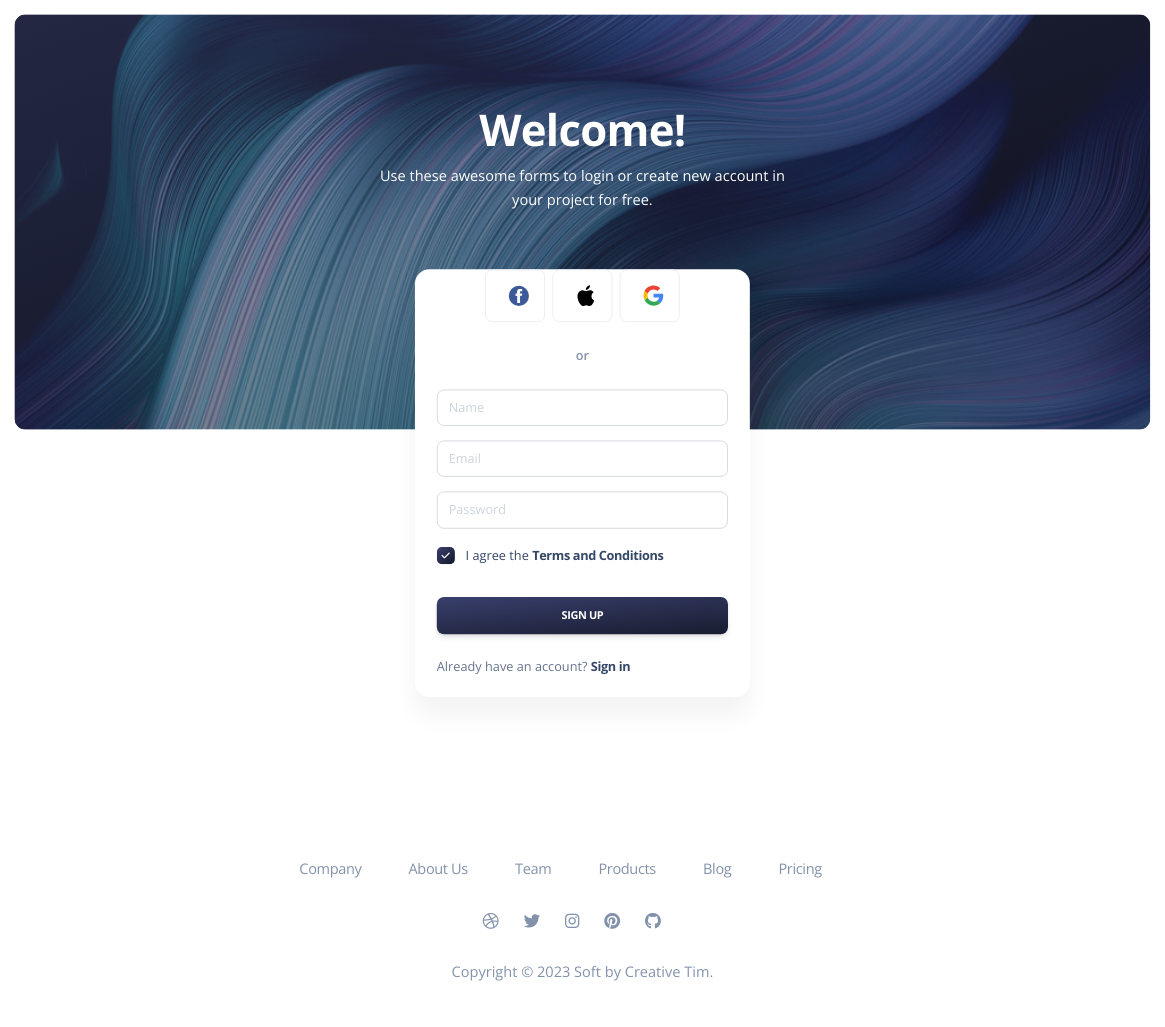
Repository: jigar-64/BlogOasis
Page: http://localhost/blogoasis/admin/pages/sign-up.php
These files come from the project's save history. The page is drawn as it stood at one moment and after the next save; the edit follows.
The browser window is 1280 px wide. The pictures show the whole page, at 91% of full size.
Some web libraries are served in a nearby version. The page is run by PHP 8.4 with error messages shown; the project is at /var/www/html/.

Above is the page before, as saved 2023-08-13 02:01:42.

### BlogOasis API/admin/pages/sign-up.php

<!DOCTYPE html>
<html lang="en">
  <head>
    <meta charset="UTF-8" />
    <meta http-equiv="X-UA-Compatible" content="IE=edge" />
    <meta name="viewport" content="width=device-width, initial-scale=1.0" />
    <link rel="apple-touch-icon" sizes="76x76" href="../assets/img/apple-icon.png" />
    <link rel="icon" type="image/png" href="../assets/img/favicon.png" />
    <title>Soft UI Dashboard Tailwind</title>
    <!-- Fonts and icons -->
    <link href="https://fonts.googleapis.com/css?family=Open+Sans:300,400,600,700" rel="stylesheet" />
    <!-- Font Awesome Icons -->
    <script src="https://kit.fontawesome.com/42d5adcbca.js" crossorigin="anonymous"></script>
    <!-- Nucleo Icons -->
    <link href="../assets/css/nucleo-icons.css" rel="stylesheet" />
    <link href="../assets/css/nucleo-svg.css" rel="stylesheet" />
    <!-- Main Styling -->
    <link href="../assets/css/soft-ui-dashboard-tailwind.css?v=1.0.5" rel="stylesheet" />

    <!-- Nepcha Analytics (nepcha.com) -->
    <!-- Nepcha is a easy-to-use web analytics. No cookies and fully compliant with GDPR, CCPA and PECR. -->
    <script defer data-site="YOUR_DOMAIN_HERE" src="https://api.nepcha.com/js/nepcha-analytics.js"></script>
  </head>

  <body class="m-0 font-sans antialiased font-normal bg-white text-start text-base leading-default text-slate-500">



    <main class="mt-0 transition-all duration-200 ease-soft-in-out">
      <section class="min-h-screen mb-32">
        <div class="relative flex items-start pt-12 pb-56 m-4 overflow-hidden bg-center bg-cover min-h-50-screen rounded-xl" style="background-image: url('../assets/img/curved-images/curved14.jpg')">
          <span class="absolute top-0 left-0 w-full h-full bg-center bg-cover bg-gradient-to-tl from-gray-900 to-slate-800 opacity-60"></span>
          <div class="container z-10">
            <div class="flex flex-wrap justify-center -mx-3">
              <div class="w-full max-w-full px-3 mx-auto mt-0 text-center lg:flex-0 shrink-0 lg:w-5/12">
                <h1 class="mt-12 mb-2 text-white">Welcome!</h1>
                <p class="text-white">Use these awesome forms to login or create new account in your project for free.</p>
              </div>
            </div>
          </div>
        </div>
        <div class="container">
          <div class="flex flex-wrap -mx-3 -mt-48 md:-mt-56 lg:-mt-48">
            <div class="w-full max-w-full px-3 mx-auto mt-0 md:flex-0 shrink-0 md:w-7/12 lg:w-5/12 xl:w-4/12">
              <div class="relative z-0 flex flex-col min-w-0 break-words bg-white border-0 shadow-soft-xl rounded-2xl bg-clip-border">
                <!-- <div class="p-6 mb-0 text-center bg-white border-b-0 rounded-t-2xl">
                  <h5>Register with</h5>
                </div> -->
                <div class="flex flex-wrap px-3 -mx-3 sm:px-6 xl:px-12">
                  <div class="w-3/12 max-w-full px-1 ml-auto flex-0">
                    <a class="inline-block w-full px-6 py-3 mb-4 font-bold text-center text-gray-200 uppercase align-middle transition-all bg-transparent border border-gray-200 border-solid rounded-lg shadow-none cursor-pointer hover:scale-102 leading-pro text-xs ease-soft-in tracking-tight-soft bg-150 bg-x-25 hover:bg-transparent hover:opacity-75" href="javascript:;">
                      <svg width="24px" height="32px" viewBox="0 0 64 64" version="1.1" xmlns="http://www.w3.org/2000/svg" xmlns:xlink="http://www.w3.org/1999/xlink32">
                        <g stroke="none" stroke-width="1" fill="none" fill-rule="evenodd">
                          <g transform="translate(3.000000, 3.000000)" fill-rule="nonzero">
                            <circle fill="#3C5A9A" cx="29.5091719" cy="29.4927506" r="29.4882047"></circle>
                            <path d="M39.0974944,9.05587273 L32.5651312,9.05587273 C28.6886088,9.05587273 24.3768224,10.6862851 24.3768224,16.3054653 C24.395747,18.2634019 24.3768224,20.1385313 24.3768224,22.2488655 L19.8922122,22.2488655 L19.8922122,29.3852113 L24.5156022,29.3852113 L24.5156022,49.9295284 L33.0113092,49.9295284 L33.0113092,29.2496356 L38.6187742,29.2496356 L39.1261316,22.2288395 L32.8649196,22.2288395 C32.8649196,22.2288395 32.8789377,19.1056932 32.8649196,18.1987181 C32.8649196,15.9781412 35.1755132,16.1053059 35.3144932,16.1053059 C36.4140178,16.1053059 38.5518876,16.1085101 39.1006986,16.1053059 L39.1006986,9.05587273 L39.0974944,9.05587273 L39.0974944,9.05587273 Z" fill="#FFFFFF"></path>
                          </g>
                        </g>
                      </svg>
                    </a>
                  </div>
                  <div class="w-3/12 max-w-full px-1 flex-0">
                    <a class="inline-block w-full px-6 py-3 mb-4 font-bold text-center text-gray-200 uppercase align-middle transition-all bg-transparent border border-gray-200 border-solid rounded-lg shadow-none cursor-pointer hover:scale-102 leading-pro text-xs ease-soft-in tracking-tight-soft bg-150 bg-x-25 hover:bg-transparent hover:opacity-75" href="javascript:;">
                      <svg width="24px" height="32px" viewBox="0 0 64 64" version="1.1" xmlns="http://www.w3.org/2000/svg" xmlns:xlink="http://www.w3.org/1999/xlink">
                        <g stroke="none" stroke-width="1" fill="none" fill-rule="evenodd">
                          <g transform="translate(7.000000, 0.564551)" fill="#000000" fill-rule="nonzero">
                            <path
                              d="M40.9233048,32.8428307 C41.0078713,42.0741676 48.9124247,45.146088 49,45.1851909 C48.9331634,45.4017274 47.7369821,49.5628653 44.835501,53.8610269 C42.3271952,57.5771105 39.7241148,61.2793611 35.6233362,61.356042 C31.5939073,61.431307 30.2982233,58.9340578 25.6914424,58.9340578 C21.0860585,58.9340578 19.6464932,61.27947 15.8321878,61.4314159 C11.8738936,61.5833617 8.85958554,57.4131833 6.33064852,53.7107148 C1.16284874,46.1373849 -2.78641926,32.3103122 2.51645059,22.9768066 C5.15080028,18.3417501 9.85858819,15.4066355 14.9684701,15.3313705 C18.8554146,15.2562145 22.5241194,17.9820905 24.9003639,17.9820905 C27.275104,17.9820905 31.733383,14.7039812 36.4203248,15.1854154 C38.3824403,15.2681959 43.8902255,15.9888223 47.4267616,21.2362369 C47.1417927,21.4153043 40.8549638,25.1251794 40.9233048,32.8428307 M33.3504628,10.1750144 C35.4519466,7.59650964 36.8663676,4.00699306 36.4804992,0.435448578 C33.4513624,0.558856931 29.7884601,2.48154382 27.6157341,5.05863265 C25.6685547,7.34076135 23.9632549,10.9934525 24.4233742,14.4943068 C27.7996959,14.7590956 31.2488715,12.7551531 33.3504628,10.1750144"
                            ></path>
                          </g>
                        </g>
                      </svg>
                    </a>
                  </div>
                  <div class="w-3/12 max-w-full px-1 mr-auto flex-0">
                    <a class="inline-block w-full px-6 py-3 mb-4 font-bold text-center text-gray-200 uppercase align-middle transition-all bg-transparent border border-gray-200 border-solid rounded-lg shadow-none cursor-pointer hover:scale-102 leading-pro text-xs ease-soft-in tracking-tight-soft bg-150 bg-x-25 hover:bg-transparent hover:opacity-75" href="javascript:;">
                      <svg width="24px" height="32px" viewBox="0 0 64 64" version="1.1" xmlns="http://www.w3.org/2000/svg" xmlns:xlink="http://www.w3.org/1999/xlink">
                        <g stroke="none" stroke-width="1" fill="none" fill-rule="evenodd">
                          <g transform="translate(3.000000, 2.000000)" fill-rule="nonzero">
                            <path d="M57.8123233,30.1515267 C57.8123233,27.7263183 57.6155321,25.9565533 57.1896408,24.1212666 L29.4960833,24.1212666 L29.4960833,35.0674653 L45.7515771,35.0674653 C45.4239683,37.7877475 43.6542033,41.8844383 39.7213169,44.6372555 L39.6661883,45.0037254 L48.4223791,51.7870338 L49.0290201,51.8475849 C54.6004021,46.7020943 57.8123233,39.1313952 57.8123233,30.1515267" fill="#4285F4"></path>
                            <path d="M29.4960833,58.9921667 C37.4599129,58.9921667 44.1456164,56.3701671 49.0290201,51.8475849 L39.7213169,44.6372555 C37.2305867,46.3742596 33.887622,47.5868638 29.4960833,47.5868638 C21.6960582,47.5868638 15.0758763,42.4415991 12.7159637,35.3297782 L12.3700541,35.3591501 L3.26524241,42.4054492 L3.14617358,42.736447 C7.9965904,52.3717589 17.959737,58.9921667 29.4960833,58.9921667" fill="#34A853"></path>
                            <path d="M12.7159637,35.3297782 C12.0932812,33.4944915 11.7329116,31.5279353 11.7329116,29.4960833 C11.7329116,27.4640054 12.0932812,25.4976752 12.6832029,23.6623884 L12.6667095,23.2715173 L3.44779955,16.1120237 L3.14617358,16.2554937 C1.14708246,20.2539019 0,24.7439491 0,29.4960833 C0,34.2482175 1.14708246,38.7380388 3.14617358,42.736447 L12.7159637,35.3297782" fill="#FBBC05"></path>
                            <path d="M29.4960833,11.4050769 C35.0347044,11.4050769 38.7707997,13.7975244 40.9011602,15.7968415 L49.2255853,7.66898166 C44.1130815,2.91684746 37.4599129,0 29.4960833,0 C17.959737,0 7.9965904,6.62018183 3.14617358,16.2554937 L12.6832029,23.6623884 C15.0758763,16.5505675 21.6960582,11.4050769 29.4960833,11.4050769" fill="#EB4335"></path>
                          </g>
                        </g>
                      </svg>
                    </a>
                  </div>
                  <div class="relative w-full max-w-full px-3 mt-2 text-center shrink-0">
                    <p class="z-20 inline px-4 mb-2 font-semibold leading-normal bg-white text-sm text-slate-400">or</p>
                  </div>
                </div>
                <div class="flex-auto p-6">
                  <form role="form text-left">
                    <div class="mb-4">
                      <input type="text" class="text-sm focus:shadow-soft-primary-outline leading-5.6 ease-soft block w-full appearance-none rounded-lg border border-solid border-gray-300 bg-white bg-clip-padding py-2 px-3 font-normal text-gray-700 transition-all focus:border-fuchsia-300 focus:bg-white focus:text-gray-700 focus:outline-none focus:transition-shadow" placeholder="Name" aria-label="Name" aria-describedby="email-addon" />
                    </div>
                    <div class="mb-4">
                      <input type="email" class="text-sm focus:shadow-soft-primary-outline leading-5.6 ease-soft block w-full appearance-none rounded-lg border border-solid border-gray-300 bg-white bg-clip-padding py-2 px-3 font-normal text-gray-700 transition-all focus:border-fuchsia-300 focus:bg-white focus:text-gray-700 focus:outline-none focus:transition-shadow" placeholder="Email" aria-label="Email" aria-describedby="email-addon" />
                    </div>
                    <div class="mb-4">
                      <input type="password" class="text-sm focus:shadow-soft-primary-outline leading-5.6 ease-soft block w-full appearance-none rounded-lg border border-solid border-gray-300 bg-white bg-clip-padding py-2 px-3 font-normal text-gray-700 transition-all focus:border-fuchsia-300 focus:bg-white focus:text-gray-700 focus:outline-none focus:transition-shadow" placeholder="Password" aria-label="Password" aria-describedby="password-addon" />
                    </div>
                    <div class="min-h-6 pl-6.92 mb-0.5 block">
                      <input id="terms" class="w-4.92 h-4.92 ease-soft -ml-6.92 rounded-1.4 checked:bg-gradient-to-tl checked:from-gray-900 checked:to-slate-800 after:text-xxs after:font-awesome after:duration-250 after:ease-soft-in-out duration-250 relative float-left mt-1 cursor-pointer appearance-none border border-solid border-slate-200 bg-white bg-contain bg-center bg-no-repeat align-top transition-all after:absolute after:flex after:h-full after:w-full after:items-center after:justify-center after:text-white after:opacity-0 after:transition-all after:content-['\f00c'] checked:border-0 checked:border-transparent checked:bg-transparent checked:after:opacity-100" type="checkbox" value="" checked />
                      <label class="mb-2 ml-1 font-normal cursor-pointer select-none text-sm text-slate-700" for="terms"> I agree the <a href="javascript:;" class="font-bold text-slate-700">Terms and Conditions</a> </label>
                    </div>
                    <div class="text-center">
                      <button type="button" class="inline-block w-full px-6 py-3 mt-6 mb-2 font-bold text-center text-white uppercase align-middle transition-all bg-transparent border-0 rounded-lg cursor-pointer active:opacity-85 hover:scale-102 hover:shadow-soft-xs leading-pro text-xs ease-soft-in tracking-tight-soft shadow-soft-md bg-150 bg-x-25 bg-gradient-to-tl from-gray-900 to-slate-800 hover:border-slate-700 hover:bg-slate-700 hover:text-white">Sign up</button>
                    </div>
                    <p class="mt-4 mb-0 leading-normal text-sm">Already have an account? <a href="../pages/sign-in.html" class="font-bold text-slate-700">Sign in</a></p>
                  </form>
                </div>
              </div>
            </div>
          </div>
        </div>
      </section>
      <!-- -------- START FOOTER 3 w/ COMPANY DESCRIPTION WITH LINKS & SOCIAL ICONS & COPYRIGHT ------- -->
      <footer class="py-12">
        <div class="container">
          <div class="flex flex-wrap -mx-3">
            <div class="flex-shrink-0 w-full max-w-full mx-auto mb-6 text-center lg:flex-0 lg:w-8/12">
              <a href="javascript:;" target="_blank" class="mb-2 mr-4 text-slate-400 sm:mb-0 xl:mr-12"> Company </a>
              <a href="javascript:;" target="_blank" class="mb-2 mr-4 text-slate-400 sm:mb-0 xl:mr-12"> About Us </a>
              <a href="javascript:;" target="_blank" class="mb-2 mr-4 text-slate-400 sm:mb-0 xl:mr-12"> Team </a>
              <a href="javascript:;" target="_blank" class="mb-2 mr-4 text-slate-400 sm:mb-0 xl:mr-12"> Products </a>
              <a href="javascript:;" target="_blank" class="mb-2 mr-4 text-slate-400 sm:mb-0 xl:mr-12"> Blog </a>
              <a href="javascript:;" target="_blank" class="mb-2 mr-4 text-slate-400 sm:mb-0 xl:mr-12"> Pricing </a>
            </div>
            <div class="flex-shrink-0 w-full max-w-full mx-auto mt-2 mb-6 text-center lg:flex-0 lg:w-8/12">
              <a href="javascript:;" target="_blank" class="mr-6 text-slate-400">
                <span class="text-lg fab fa-dribbble"></span>
              </a>
              <a href="javascript:;" target="_blank" class="mr-6 text-slate-400">
                <span class="text-lg fab fa-twitter"></span>
              </a>
              <a href="javascript:;" target="_blank" class="mr-6 text-slate-400">
                <span class="text-lg fab fa-instagram"></span>
              </a>
              <a href="javascript:;" target="_blank" class="mr-6 text-slate-400">
                <span class="text-lg fab fa-pinterest"></span>
              </a>
              <a href="javascript:;" target="_blank" class="mr-6 text-slate-400">
                <span class="text-lg fab fa-github"></span>
              </a>
            </div>
          </div>
          <div class="flex flex-wrap -mx-3">
            <div class="w-8/12 max-w-full px-3 mx-auto mt-1 text-center flex-0">
              <p class="mb-0 text-slate-400">
                Copyright ©
                <script>
                  document.write(new Date().getFullYear());
                </script>
                Soft by Creative Tim.
              </p>
            </div>
          </div>
        </div>
      </footer>
      <!-- -------- END FOOTER 3 w/ COMPANY DESCRIPTION WITH LINKS & SOCIAL ICONS & COPYRIGHT ------- -->
    </main>
  </body>
  <!-- plugin for scrollbar  -->
  <script src="../assets/js/plugins/perfect-scrollbar.min.js" async></script>
  <!-- main script file  -->
  <script src="../assets/js/soft-ui-dashboard-tailwind.js?v=1.0.5" async></script>
</html>

### BlogOasis API/admin/assets/css/nucleo-svg.css
/* Generated using nucleoapp.com */
/* --------------------------------

Icon colors

-------------------------------- */

.icon {
  display: inline-block;
  /* icon primary color */
  color: #111111;
  height: 1em;
  width: 1em;
}

.icon use {
  /* icon secondary color - fill */
  fill: #7ea6f6;
}

.icon.icon-outline use {
  /* icon secondary color - stroke */
  stroke: #7ea6f6;
}

/* --------------------------------

Change icon size

-------------------------------- */

.icon-xs {
  height: 0.5em;
  width: 0.5em;
}

.icon-sm {
  height: 0.8em;
  width: 0.8em;
}

.icon-lg {
  height: 1.6em;
  width: 1.6em;
}

.icon-xl {
  height: 2em;
  width: 2em;
}

/* --------------------------------

Align icon and text

-------------------------------- */

.icon-text-aligner {
  /* add this class to parent element that contains icon + text */
  display: flex;
  align-items: center;
}

.icon-text-aligner .icon {
  color: inherit;
  margin-right: 0.4em;
}

.icon-text-aligner .icon use {
  color: inherit;
  fill: currentColor;
}

.icon-text-aligner .icon.icon-outline use {
  stroke: currentColor;
}

/* --------------------------------

Icon reset values - used to enable color customizations

-------------------------------- */

.icon {
  fill: currentColor;
  stroke: none;
}

.icon.icon-outline {
  fill: none;
  stroke: currentColor;
}

.icon use {
  stroke: none;
}

.icon.icon-outline use {
  fill: none;
}

/* --------------------------------

Stroke effects - Nucleo outline icons

- 16px icons -> up to 1px stroke (16px outline icons do not support stroke changes)
- 24px, 32px icons -> up to 2px stroke
- 48px, 64px icons -> up to 4px stroke

-------------------------------- */

.icon-outline.icon-stroke-1 {
  stroke-width: 1px;
}

.icon-outline.icon-stroke-2 {
  stroke-width: 2px;
}

.icon-outline.icon-stroke-3 {
  stroke-width: 3px;
}

.icon-outline.icon-stroke-4 {
  stroke-width: 4px;
}

.icon-outline.icon-stroke-1 use,
.icon-outline.icon-stroke-3 use {
  -webkit-transform: translateX(0.5px) translateY(0.5px);
  -moz-transform: translateX(0.5px) translateY(0.5px);
  -ms-transform: translateX(0.5px) translateY(0.5px);
  -o-transform: translateX(0.5px) translateY(0.5px);
  transform: translateX(0.5px) translateY(0.5px);
}

### BlogOasis API/admin/assets/css/perfect-scrollbar.css
/*
 * Container style
 */
.ps {
  overflow: hidden !important;
  overflow-anchor: none;
  -ms-overflow-style: none;
  touch-action: auto;
  -ms-touch-action: auto;
}

/*
   * Scrollbar rail styles
   */
.ps__rail-x {
  display: none;
  opacity: 0;
  transition: background-color 0.2s linear, opacity 0.2s linear;
  -webkit-transition: background-color 0.2s linear, opacity 0.2s linear;
  height: 15px;
  /* there must be 'bottom' or 'top' for ps__rail-x */
  bottom: 0px;
  /* please don't change 'position' */
  position: absolute;
}

.ps__rail-y {
  display: none;
  opacity: 0;
  transition: background-color 0.2s linear, opacity 0.2s linear;
  -webkit-transition: background-color 0.2s linear, opacity 0.2s linear;
  width: 15px;
  /* there must be 'right' or 'left' for ps__rail-y */
  right: 0;
  /* please don't change 'position' */
  position: absolute;
}

.ps--active-x > .ps__rail-x,
.ps--active-y > .ps__rail-y {
  display: block;
  background-color: transparent;
}

.ps:hover > .ps__rail-x,
.ps:hover > .ps__rail-y,
.ps--focus > .ps__rail-x,
.ps--focus > .ps__rail-y,
.ps--scrolling-x > .ps__rail-x,
.ps--scrolling-y > .ps__rail-y {
  opacity: 0.6;
}

.ps .ps__rail-x:hover,
.ps .ps__rail-y:hover,
.ps .ps__rail-x:focus,
.ps .ps__rail-y:focus,
.ps .ps__rail-x.ps--clicking,
.ps .ps__rail-y.ps--clicking {
  background-color: #eee;
  opacity: 0.9;
}

/*
   * Scrollbar thumb styles
   */
.ps__thumb-x {
  background-color: #aaa;
  border-radius: 6px;
  transition: background-color 0.2s linear, height 0.2s ease-in-out;
  -webkit-transition: background-color 0.2s linear, height 0.2s ease-in-out;
  height: 6px;
  /* there must be 'bottom' for ps__thumb-x */
  bottom: 2px;
  /* please don't change 'position' */
  position: absolute;
}

.ps__thumb-y {
  background-color: #aaa;
  border-radius: 6px;
  transition: background-color 0.2s linear, width 0.2s ease-in-out;
  -webkit-transition: background-color 0.2s linear, width 0.2s ease-in-out;
  width: 6px;
  /* there must be 'right' for ps__thumb-y */
  right: 2px;
  /* please don't change 'position' */
  position: absolute;
}

.ps__rail-x:hover > .ps__thumb-x,
.ps__rail-x:focus > .ps__thumb-x,
.ps__rail-x.ps--clicking .ps__thumb-x {
  background-color: #999;
  height: 11px;
}

.ps__rail-y:hover > .ps__thumb-y,
.ps__rail-y:focus > .ps__thumb-y,
.ps__rail-y.ps--clicking .ps__thumb-y {
  background-color: #999;
  width: 11px;
}

/* MS supports */
@supports (-ms-overflow-style: none) {
  .ps {
    overflow: auto !important;
  }
}

@media screen and (-ms-high-contrast: active), (-ms-high-contrast: none) {
  .ps {
    overflow: auto !important;
  }
}

Loaded but not shown: BlogOasis API/admin/assets/js/plugins/perfect-scrollbar.min.js (library); BlogOasis API/admin/assets/js/soft-ui-dashboard-tailwind.js (79 lines, source omitted); BlogOasis API/admin/assets/js/perfect-scrollbar.js (36 lines, source omitted); BlogOasis API/admin/assets/css/soft-ui-dashboard-tailwind.css (4273 lines, source omitted); BlogOasis API/admin/assets/css/nucleo-icons.css (597 lines, source omitted)

After the next save:
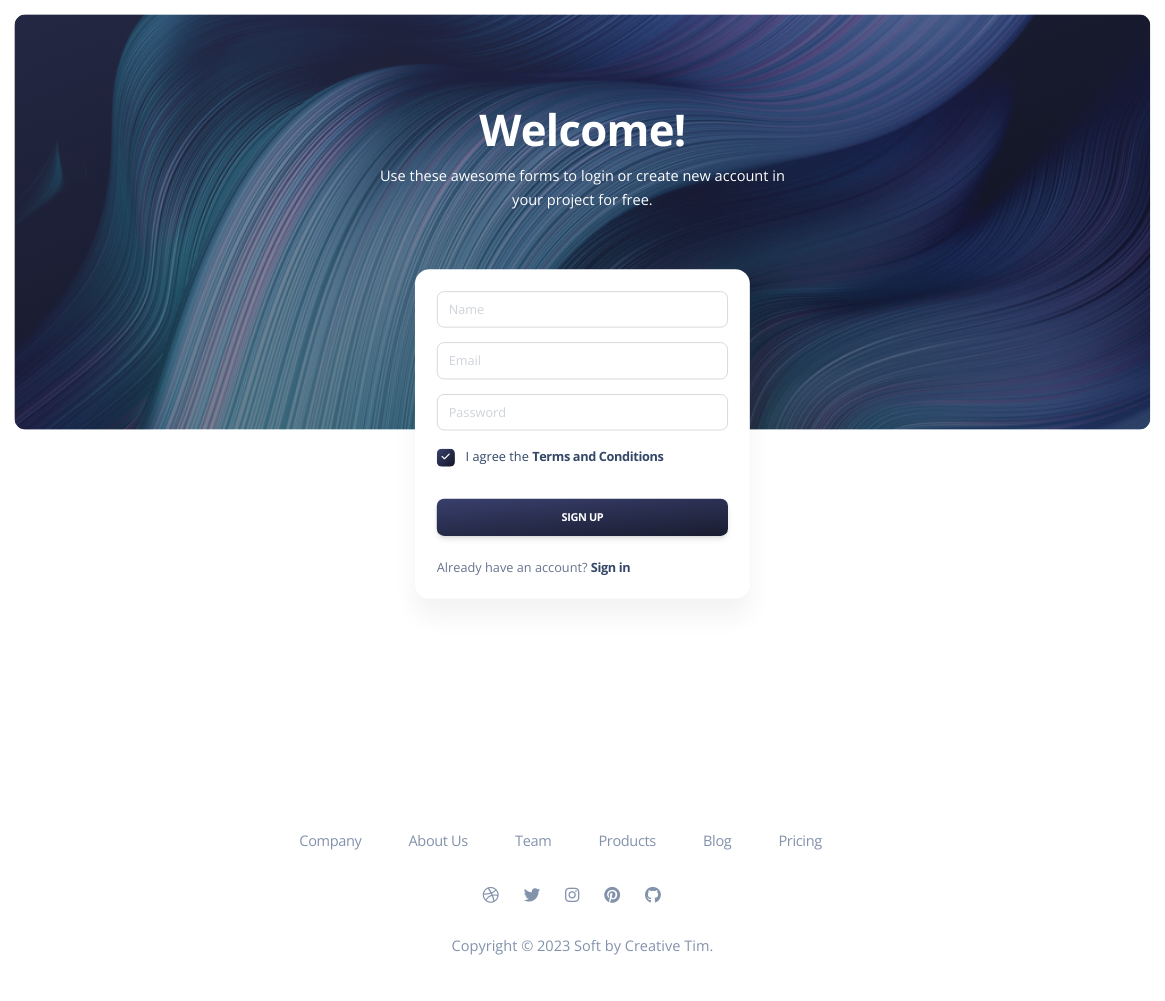
Saved 10 s later.
--- a/BlogOasis API/admin/pages/sign-up.php
+++ b/BlogOasis API/admin/pages/sign-up.php
@@ -47,7 +47,7 @@
                 <!-- <div class="p-6 mb-0 text-center bg-white border-b-0 rounded-t-2xl">
                   <h5>Register with</h5>
                 </div> -->
-                <div class="flex flex-wrap px-3 -mx-3 sm:px-6 xl:px-12">
+                <!-- <div class="flex flex-wrap px-3 -mx-3 sm:px-6 xl:px-12">
                   <div class="w-3/12 max-w-full px-1 ml-auto flex-0">
                     <a class="inline-block w-full px-6 py-3 mb-4 font-bold text-center text-gray-200 uppercase align-middle transition-all bg-transparent border border-gray-200 border-solid rounded-lg shadow-none cursor-pointer hover:scale-102 leading-pro text-xs ease-soft-in tracking-tight-soft bg-150 bg-x-25 hover:bg-transparent hover:opacity-75" href="javascript:;">
                       <svg width="24px" height="32px" viewBox="0 0 64 64" version="1.1" xmlns="http://www.w3.org/2000/svg" xmlns:xlink="http://www.w3.org/1999/xlink32">
@@ -90,7 +90,7 @@
                   <div class="relative w-full max-w-full px-3 mt-2 text-center shrink-0">
                     <p class="z-20 inline px-4 mb-2 font-semibold leading-normal bg-white text-sm text-slate-400">or</p>
                   </div>
-                </div>
+                </div> -->
                 <div class="flex-auto p-6">
                   <form role="form text-left">
                     <div class="mb-4">
